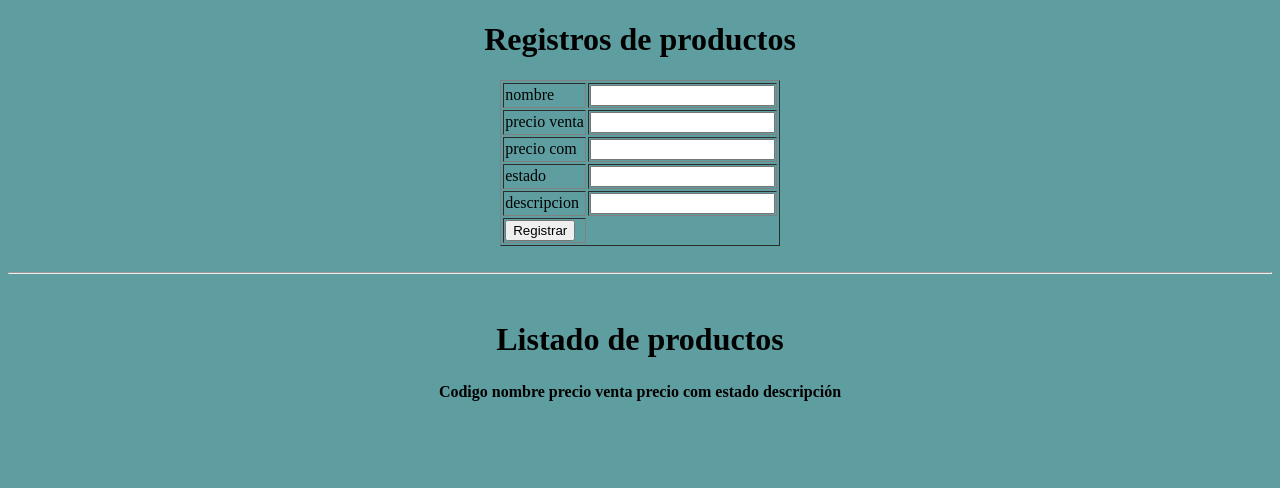
Repository: davidgit20/Examen_JPA
Page: http://localhost/examen_CL2/RegistroProducto.jsp
The author's editor kept a copy of each file at every save. The page is drawn from the files as they stood at one save, then again after the next save.
The browser window is 1280 px wide. The pictures show the whole page.
The page is served by Tomcat 9. Other server files are loaded and not shown. The template is opened directly, without the code that normally fills it, so the values that code supplies are empty.

Above is the page before, as saved 2023-10-25 01:13:40.

### examen_CL2/src/main/webapp/RegistroProducto.jsp
<%@ page language="java" contentType="text/html; charset=ISO-8859-1"
    pageEncoding="ISO-8859-1"%>
    <%@page import="java.util.*"%>
    <%@page import="modelos.TblProducto"%>
<!DOCTYPE html PUBLIC "-//W3C//DTD HTML 4.01 Transitional//EN" "http://www.w3.org/TR/html4/loose.dtd">
<html>
<head>
<meta http-equiv="Content-Type" content="text/html; charset=ISO-8859-1">
<title>Productos</title>
</head>
<body bgcolor="cadetblue">
<h1 align="center">Registros de productos</h1>
	<form action="ControladorProducto" method="post">
		<table border="1" align="center">
			<tr>
				<td>nombre</td>
				<td><input type="text" name="nombres"></td>
			</tr>
			<tr>
				<td>precio venta</td>
				<td><input type="text" name="venta"></td>
			</tr>
			<tr>
				<td>precio com</td>
				<td><input type="text" name="com"></td>
			</tr>
			<tr>
				<td>estado</td>
				<td><input type="text" name="estado"></td>
			</tr>
			<tr>
				<td>descripcion</td>
				<td><input type="text" name="descrip"></td>
			</tr>
			<tr>
				<td><input type="submit" value="Registrar"></td>
			</tr>
		</table>
	</form>
	<br>
	<hr>
	<br>
	<%
		String men = (String)request.getAttribute("mensaje");
		String mensaje = "";
		if(men != null) men = mensaje;
	%>
	<h1 align="center"><%=mensaje %></h1>

	<h1 align="center">Listado de productos</h1>
	<table align="center" class="table table-striped">
		<tr>
			<th>Codigo</th>
			<th>nombre</th>
			<th>precio venta</th>
			<th>precio com</th>
			<th>estado</th>
			<th>descripción</th>
		</tr>
		<%
		List<TblProducto> listadoProducto = (List<TblProducto>)request.getAttribute("milista");
		if(listadoProducto != null)
		{
			for(TblProducto lis:listadoProducto)
			{
				%>
				<tr>
					<td><%=lis.getNombre()%></td>
					<td><%=lis.getPrecioVenta() %></td>
					<td><%=lis.getPrecioCom() %></td>
					<td><%=lis.getEstado() %></td>
					<td><%=lis.getDescrip() %></td>
				</tr>
				<%
			}
		}
		%>

	</table>



</body>
</html>

After the next save:
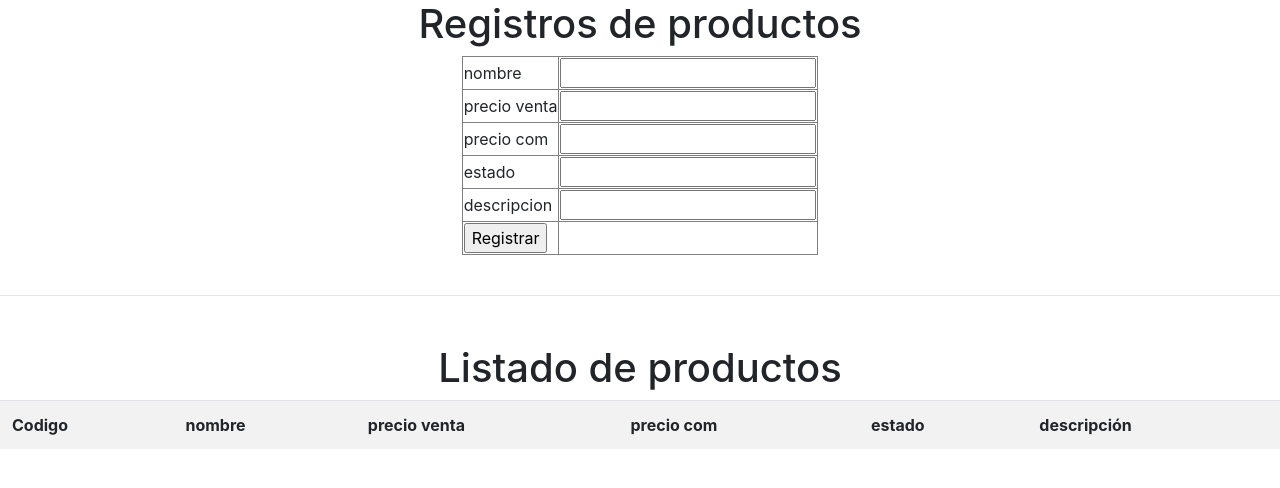
Saved 2 min 17 s later.
--- a/examen_CL2/src/main/webapp/RegistroProducto.jsp
+++ b/examen_CL2/src/main/webapp/RegistroProducto.jsp
@@ -7,6 +7,7 @@
 <head>
 <meta http-equiv="Content-Type" content="text/html; charset=ISO-8859-1">
 <title>Productos</title>
+<link rel="stylesheet" href="https://cdn.jsdelivr.net/npm/bootstrap@4.0.0/dist/css/bootstrap.min.css">
 </head>
 <body bgcolor="cadetblue">
 <h1 align="center">Registros de productos</h1>
